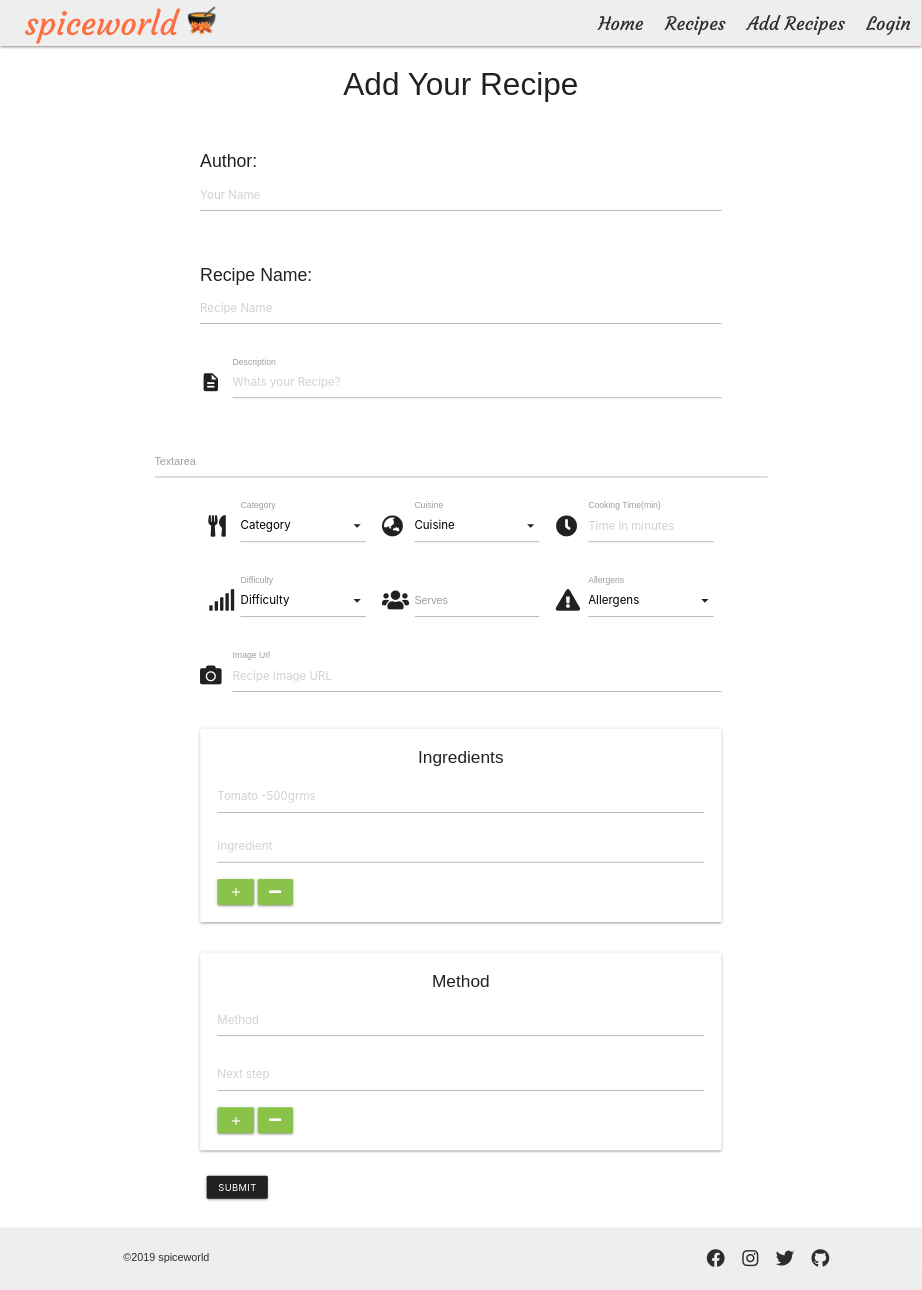
Repository: stephyraju/spiceworld
Page: http://localhost/add_recipe
The author's editor kept a record of every edit. The page is drawn from the files as they stood at one moment, then again after the next edit.
The browser window is 1280 px wide. The pictures show the whole page, at 72% of full size.
Some web libraries are served in a nearby version. The page is served by the project's application, run on Flask 3 (app.py). Queries for data that is not in the repository find no rows.

Above is the page before.

### templates/addrecipe.html
{% extends 'base.html'%} {% block content %}
<section class="container">
    <div class="row center">
        <h3>Add Your Recipe</h3>
    </div>
    <div class="row">
        <form action="{{ url_for('insert_recipe') }}" method="POST" class="col s12">
            <!-- Author -->
            <div class="row">
                <div class="input-field col s10 offset-s1">
                    <h5><strong>Author:</strong></h5>
                    <input placeholder="Your Name" id="author" name="author" type="text" class="validate" required="">
                </div>
            </div>
            <!-- recipe name -->
            <div class="row">
                <div class="input-field col s10 offset-s1">
                    <h5><strong>Recipe Name:</strong></h5>
                    <input placeholder="Recipe Name" id="recipe_name" name="recipe_name" type="text" class="validate" required="">
                </div>
            </div>
 <div class="row">
                <div class="input-field col s10 offset-s1">
                    <i class="material-icons prefix ">description</i>
                    <textarea placeholder="Whats your Recipe?" name="recipe_description" id="recipe_description" class="materialize-textarea" required></textarea>
                    <label for="icon_telephone">Description</label>
                </div>
            </div>

            <div class="input-field col s12">
          <textarea id="textarea1" class="materialize-textarea"></textarea>
          <label for="textarea1">Textarea</label>
        </div>


            <!-- Category -->
            <div class="row">
                <div class="col m10 offset-m1">
                    <!-- Category -->
                    <div class="col s6 l4">
                        <div class="input-field">
                            <i class="fas fa-utensils material-icons prefix"></i>
                            <select id="category" name="category_name" class="validate" required>
                           <option value="" disabled selected>Category</option>
                            {% for cat in categories %}
                           <option value="{{cat.category_name}}">{{cat.category_name}}</option>
                           {% endfor %}
                           </select>
                            <label>Category</label>
                        </div>
                    </div>

                    <!-- Cuisine -->
                    <div class="col s6 l4">
                        <div class="input-field">
                            <i class="fas fa-globe-asia material-icon prefix"></i>
                            <select id="cuisine" name="cuisine" class="validate" required>
                           <option value="" disabled selected>Cuisine</option>
                           {% for cuisine in cuisines %}
                                    <option value="{{cuisine.cuisine}}">{{cuisine.cuisine}}</option>
                                {% endfor %}
                           </select>
                            <label>Cuisine</label>
                        </div>
                    </div>
                    <!-- Cooking Time -->
                    <div class="col s6 l4">
                        <div class="input-field">
                            <i class="fas fa-clock material-icons prefix"></i>
                            <input id="cooking_time" name="cooking_time" type="number" placeholder="Time in minutes" class="validate" min="1" required="">
                            <label>Cooking Time(min)</label>
                        </div>
                    </div>
                </div>
            </div>
            <div class="row">
                <div class="col m10 offset-m1">
                    <!-- Difficulty -->
                    <div class="col s6 l4">
                        <div class="input-field">
                            <i class="fas fa-signal material-icons prefix"></i>
                            <select id="difficulty" name="" class="validate" required>
                           <option value="" disabled selected>Difficulty</option>
                                {% for level in difficulty%}
                                    <option value="{{level.difficulty}}">{{level.difficulty}}</option>
                                {% endfor %}
                           </select>
                            <label>Difficulty</label>
                        </div>
                    </div>
                    <!-- Serves -->
                    <div class="col s6 l4">
                        <div class="input-field">
                            <i class="fas fa-users material-icons prefix"></i>
                            <input id="serves" name="serves" type="number" class="validate" min="1" required="">
                            <label>Serves</label>
                        </div>
                    </div>
                    <!-- Allergens -->
                    <div class="col s6 l4">
                        <div class="input-field">
                            <i class="fas fa-exclamation-triangle material-icon prefix"></i>
                            <select id="allergens" name="allergens" class="validate" required>
                           <option value="" disabled selected>Allergens</option>
                            {% for allergen in allergens %}
                            <option class="allergens" value="{{allergen.allergen}}">{{allergen.allergen}}</option>
                            {% endfor %}
                           </select>
                            <label>Allergens</label>
                        </div>
                    </div>

                </div>
            </div>
            <!--Image Url-->
            <div class="row">
                <div class="col s10 offset-s1">
                    <div class="input-field ">
                        <i class="fas fa-camera material-icons prefix"></i>
                        <input id="image_url" name="image_url" class="validate" type="url" minlength="15" placeholder="Recipe Image URL" pattern="https?://.+">
                        <label for="image_url">Image Url</label>
                    </div>
                </div>
            </div>
            <!--Ingredients-->
            <div class="row">
                <div class="col s10 offset-s1">
                    <div class="card background">
                        <div class="card-content">
                            <span class="card-title center">Ingredients</span>

                            <div class="addIngredient">
                                <div class="input-field whites-4">
                                    <input id="ingredients" type="text" placeholder="Tomato -500grms" name="ingredients[]" required>
                                </div>
                            </div>
                            <div class="new-ingredient ingredient">
                                <div class="input-field whites-4">
                                    <input id="ingredient-new" type="text" class="ingredient validate" placeholder="Ingredient" name="ingredients[]" minlength="1" maxlength="10" required>
                                </div>
                            </div>
                            <!-- add button -->
                            <a id="add_ingredient" class="btn waves-effect waves-light light-green"><i class="material-icons">add</i></a>
                            <a id="remove_ingredient" class="btn waves-effect waves-light light-green"><i class="fas fa-minus"></i></a>
                        </div>
                    </div>
                </div>
            </div>
            <!--Direction-->
            <div class="row">
                <div class="col s10 offset-s1">
                    <div class="card background">
                        <div class="card-content">
                            <span class="card-title center">Method</span>
                            <div class="input-field whites-4">
                                <textarea id="methods" class="materialize-textarea validate" placeholder="Method" name="method" minlength="5" maxlength="600"></textarea>
                            </div>

                            <div class="new-step method">
                                <div class="input-field whites-4">
                                    <input id="new-step" type="text" class="method validate" placeholder="Next step" name="method" minlength="5" maxlength="600" required>
                                </div>
                            </div>
                            <a id="add_method" class="btn waves-effect waves-light light-green"><i class="material-icons">add</i></a>
                            <a id="remove_method" class="btn waves-effect waves-light light-green"><i class="fas fa-minus"></i></a>
                        </div>
                    </div>
                </div>
            </div>

            <!--Submit button-->
            <div class="row col s10 offset-s1">
                <button class="btn waves-effect waves-light btn-small grey darken-4" type="submit" name="action">Submit</button>
            </div>
        </form>
    </div>
</section>
{% endblock %}

### templates/base.html
<!DOCTYPE html>
<html lang="en">

<head>
  <meta charset="UTF-8">
  <meta name="viewport" content="width=device-width, initial-scale=1.0">
  <meta http-equiv="X-UA-Compatible" content="ie=edge">
  <title>spiceworld</title>

  <!--Import Google Icon Font-->
  <link href="https://fonts.googleapis.com/icon?family=Material+Icons" rel="stylesheet">
  <!--Font Awesome-->
  <link rel="stylesheet" href="https://use.fontawesome.com/releases/v5.8.2/css/all.css" integrity="sha384-oS3vJWv+0UjzBfQzYUhtDYW+Pj2yciDJxpsK1OYPAYjqT085Qq/1cq5FLXAZQ7Ay" crossorigin="anonymous">
  <!--Materialize CSS-->
  <link rel="stylesheet" href="https://cdnjs.cloudflare.com/ajax/libs/materialize/1.0.0/css/materialize.min.css">
  <!--CSS-->
  <link rel="stylesheet" href="{{ url_for('static', filename='css/style.css')}}" type="text/css" />

</head>

<body>

  <!--Header-->
  <header class="navbar-fixed">
    <nav>
      <div class="nav-wrapper grey lighten-3">
        <a href="#" class="brand-logo">spiceworld <img class="hide-on-med-and-down" src="{{ url_for('static', filename='images/logo.png') }}"></a>
        <a href="#" data-target="mobile-sidenav" class="sidenav-trigger"><i class="fas fa-bars"></i></a>
        <ul id="nav-mobile" class="right hide-on-med-and-down">
          <li><a href="{{ url_for('index') }}">Home</a></li>
          <li><a href="{{ url_for('get_recipes') }}">Recipes</a></li>
          <li><a href="{{ url_for('add_recipe') }}">Add Recipes</a></li>
          <li><a href="collapsible.html">Login</a></li>

        </ul>
      </div>
    </nav>
  </header>
  <!--Sidenav-->
  <ul class="sidenav" id="mobile-sidenav">
    <img class="responsive-img" src="{{ url_for('static', filename='images/sidenav.png') }}" alt="spices-image">

    <li><a class="active" href="#">Home</a></li>
    <li><a href="#!">Recipes</a></li>

    <li><a href="#">Login</a></li>
    <li><a class="waves-effect" href="#!">Third Link With Waves</a></li>
  </ul>

  <main>
    {% block content %}
    {% endblock %}
  </main>

  <footer class="page-footer grey lighten-3">

     <div class="row footer-content">
        <div class="col s5 m6">
          <div class="copyright">&copy;2019 spiceworld</div>
        </div>
        <div class="col s7 m3">
                    <a href="https://www.facebook.com/" target="_blank"><i class="fab fa-facebook social-icon"></i></a>
                    <a href="https://www.instagram.com/" target="_blank"><i class="fab fa-instagram social-icon"></i></a>
                    <a href="https://www.twitter.com/" target="_blank"><i class="fab fa-twitter social-icon"></i></a>
                    <a href="https://github.com/stephyraju" target="_blank"><i class="fab fa-github social-icon"></i></a>
        </div>

      </div>

  </footer>

  <script src="https://code.jquery.com/jquery-3.4.0.slim.js" integrity="sha256-milezx5lakrZu0OP9b2QWFy1ft/UEUK6NH1Jqz8hUhQ=" crossorigin="anonymous"></script>
  <script src="https://cdnjs.cloudflare.com/ajax/libs/materialize/1.0.0/js/materialize.min.js"></script>
  <script src="{{ url_for('static', filename='js/main.js') }}"></script>
</body>

</html>

### app.py
import os
from flask import Flask, render_template, redirect, request, url_for
from flask_pymongo import PyMongo
from bson.objectid import ObjectId

# declaring app name
app = Flask(__name__)

app.config["MONGO_DBNAME"] = 'cook_book'
app.config["MONGO_URI"] = os.getenv('MONGO_URI', 'mongodb://localhost')

mongo = PyMongo(app)

@app.route('/')
@app.route('/index')
def index():
     return render_template("index.html", recipes=mongo.db.recipes.find())

#@app.route('/get_recipes',methods=['POST','GET'])
#def get_recipes():
 #   return render_template("recipes.html", recipes=mongo.db.recipes.find())

@app.route("/get_recipes", methods=['POST', 'GET'])
def get_recipes():
    return render_template('recipes.html',
                         recipes=mongo.db.recipes.find(),
                         categories = mongo.db.categories.find())


@app.route('/add_recipe')
def add_recipe():
     return render_template("addrecipe.html",
               recipes=mongo.db.recipes.find(),
               categories = mongo.db.categories.find(),
               cuisines=mongo.db.cuisines.find(),
               difficulty=mongo.db.difficulty.find(),
               allergens=mongo.db.allergens.find())


@app.route('/insert_recipe', methods=['POST'])
def insert_recipe():
    print(request.form)
    print(request.form.getlist('ingredients[]'))
    print(request.form.to_dict())
    recipes = mongo.db.recipes
    data = request.form.to_dict()
    data.update({'ingredients':request.form.getlist('ingredients[]')})
    del data['ingredients[]']
    recipes.insert_one(data)
    return redirect(url_for('get_recipes'))

@app.route('/view_recipes', methods=['GET'])
def view_recipes():
     return render_template("view.html",
               categories=mongo.db.categories.find())


if __name__ == '__main__':
    app.run(host=os.environ.get('IP'),
            port=int(os.environ.get('PORT')),
            debug=True)

### static/css/style.css
@import url('https://fonts.googleapis.com/css?family=Courgette&display=swap');

body {
  background-color: F0F0F0;
  font-family: 'ProximaNova Regular', sans-serif;
  display: flex;
  flex-direction: column;
  min-height: 100vh;
  overflow-x: hidden;
}
.section-container {
  max-width: 100%;
  margin-left: auto;
  margin-right: auto;
  padding-left: 15px;
  padding-right: 15px;
  border-radius: 5px;
}
/* -------- Nav Bar ----------*/

nav {
     font-family: 'Courgette';
}

nav .brand-logo {
    color: #ff6e40;
    font-size: 3rem;
    font-family: 'Courgette', cursive;
    -webkit-transition: 0.2s;
    -o-transition: 0.2s;
    transition: 0.2s;
}

@media screen and (min-width: 993px){
nav .brand-logo {
    margin-left: 2.3rem;
}
}
nav ul a {
  color:#2d2d2d;
  font-size: 1.7rem;
  font-family: 'Courgette';
}
nav ul a:hover,
nav ul .active {
  color:#76c14f;
}
.fa-bars{
  color: #ff6e40;
}

/*--------Title----------*/

.title-container{
  position: relative;
  text-align: center;
  color: white;
  width:100%;
  margin-top: 20px;
}
.title-container img{
    display: block;
    width: 100%;
    height: 25vh;
    object-fit: cover;
    border-radius: 5px;
}

.intro-content{
  position: absolute;
  top: 50%;
  left: 70%;
  transform: translate(-50%, -50%);
}
/*--------Category---------*/

.catergory-container{
  font-size: 1.2rem;
  color:#2d2d2d;
  margin-top: 20px;
  background-color:#eeeeee;
  height:70px;
  margin-left: 15px;
  margin-right: 15px;
}
.catergory-container .row {
  padding-top: 20px;
}
.catergory-container a {
  color:#2d2d2d;
}
.catergory-container a :hover {
  color:#ff6e40 !important;
}

/*--------Description---------*/
.cells h4 {
  font-family: 'Muli','sans-serif';
}
.cells h5{
  color: #76c14f;
  font-size: 1.5rem;
  font-family: 'Courgette',sans-serif;
}
 p {
  padding-left: 30px;
  padding-right: 30px;
}
.content{
  margin-top: 20px;
  margin-bottom: 20px;
}
/*--------View Recipe---------*/
li {
  list-style: square;
  }
 .recipe-view .card {
   background-color: #fcf4ec;
 }
/*--------Footer---------*/

.page-footer i{
  color:#2d2d2d;
}
.page-footer i:hover{
   color:#ff6e40;
}
.page-footer {
    min-height: 45px;
}
.footer-content{
  display:flex;
  color:#2d2d2d;
}
.copyright{
  padding-top: 10px;
}
.social-icon {
  margin: 10px;
  color: white;
  font-size: 1.7rem;
}

### static/js/main.js
$(document).ready(function(){
    $('.sidenav').sidenav();
    $('.dropdown-trigger').dropdown();
    $('select').formSelect();
    $('.carousel').carousel();

  });

 var ingredientField = $(".ingredient").length;
    $("#add_ingredient").on("click", function () {
        $("select").formSelect("destroy");
        $(".new-ingredient:first").clone().insertBefore("#add_ingredient").find("input[type='text'], select, textarea").val("");
        $("select").formSelect();
        ingredientField += 1;
    });

    $("#remove_ingredient").on("click", function () {
        if (ingredientField > 1) {
            /* only remove the :last item */
            $(this).siblings(".new-ingredient:last").remove();
            /* ensure original ingredient line never gets deleted */
            ingredientField-= 1;
        }
    });


var methodField = $(".method").length;
    /* add new cloned item */
    $("#add-method").on("click", function () {
        /* clone and remove existing values */
        $(".new-step:first").clone().insertBefore("#add-method").find("input[type='text'], select, textarea").val("");
        /* increase counter so original direction is never removed */
        methodField += 1;
    });
    /* delete last cloned item */
    $("#remove-method").on("click", function () {
        if ( methodField > 1) {
            /* only remove the :last item */
            $(this).siblings(".new-step:last").remove();
            /* ensure original direction line never gets deleted */
            methodField -= 1;
        }
    });

After the next edit:
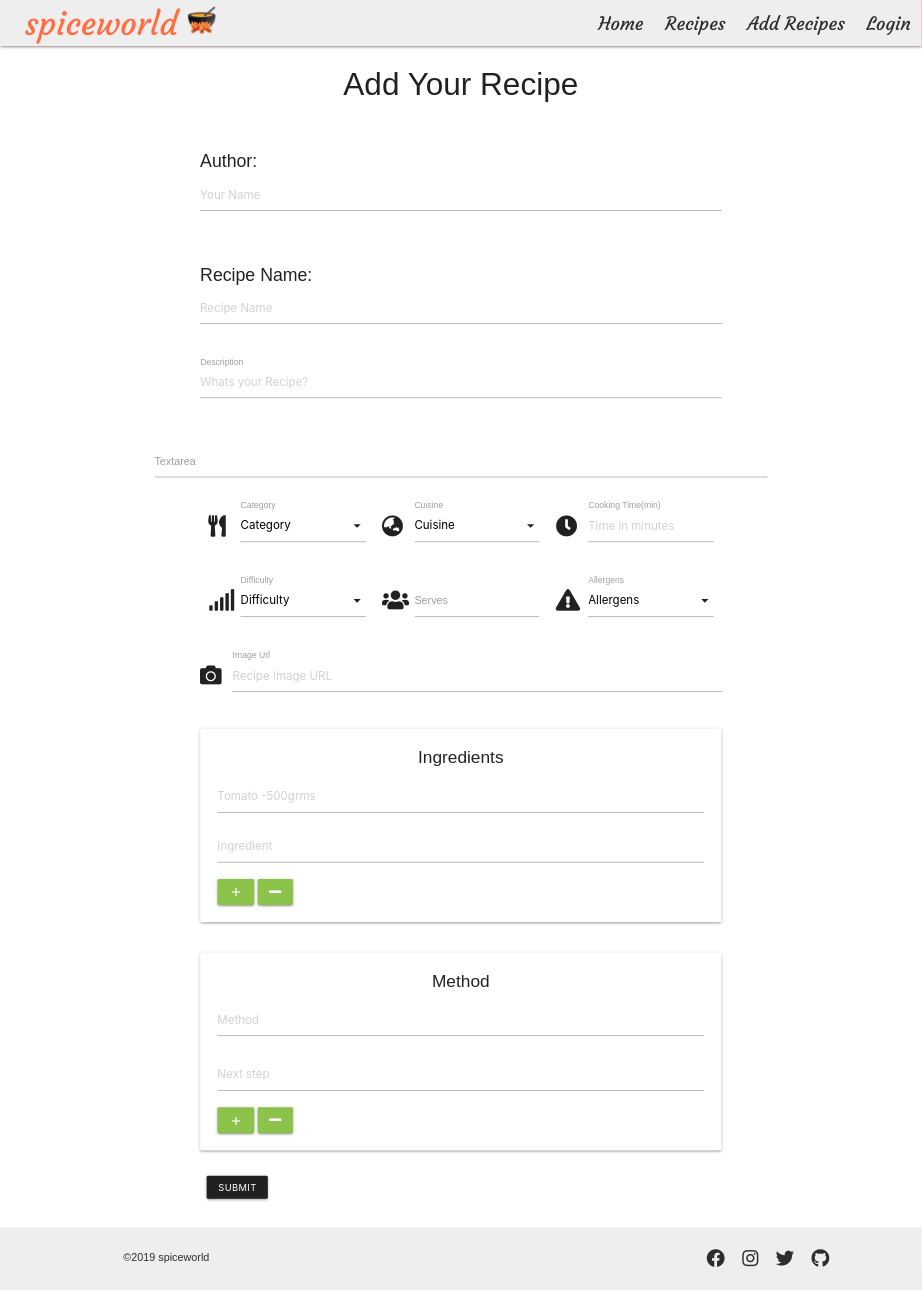
The edit:
--- a/templates/addrecipe.html
+++ b/templates/addrecipe.html
@@ -21,8 +21,8 @@
             </div>
  <div class="row">
                 <div class="input-field col s10 offset-s1">
-                    <i class="material-icons prefix ">description</i>
-                    <textarea placeholder="Whats your Recipe?" name="recipe_description" id="recipe_description" class="materialize-textarea" required></textarea>
+
+                    <textarea id="recipe_description" placeholder="Whats your Recipe?" name="recipe_description"  class="materialize-textarea" required></textarea>
                     <label for="icon_telephone">Description</label>
                 </div>
             </div>
